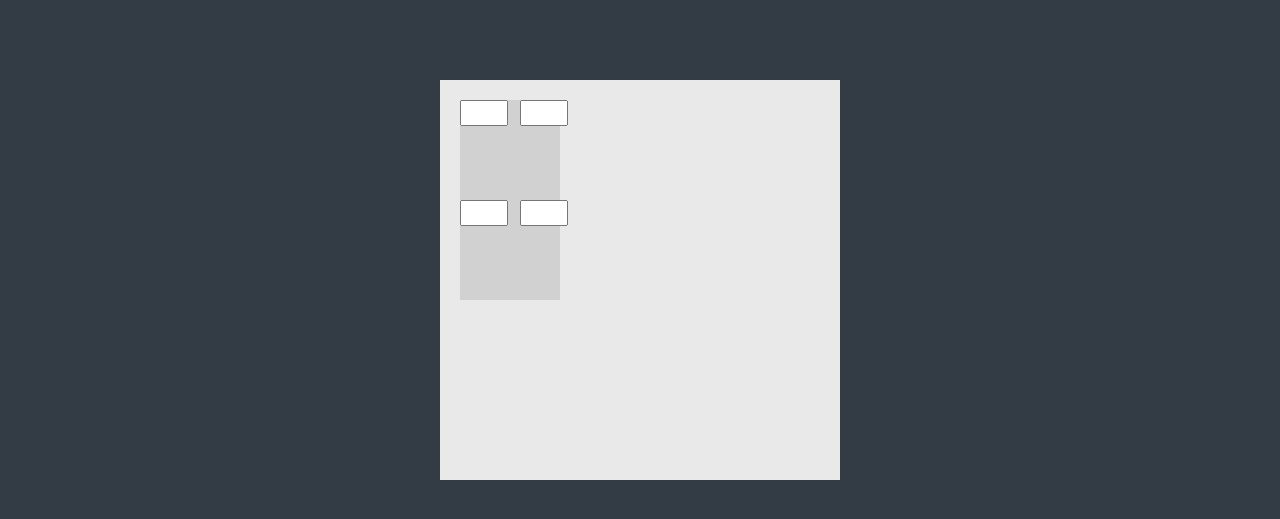
Repository: piookr-wsei/8086
Page: /
The author's editor kept a copy of each file at every save. The page is drawn from the files as they stood at one save, then again after a run of saves.
The browser window is 1280 px wide. The pictures show the whole page.
The project was rebuilt for these pictures with package versions that can differ from the ones it lists, and the page was loaded fresh each time.

Above is the page before, as saved 2022-06-17 00:05:00.

### src/App.js
import logo from './logo.svg';
import './App.css';
import { RegInput, RegWrapper, UiWindow, UiWrapper } from './Components/Components.elements';

function App() {
  return (
    <div className="App">
      <UiWindow>
        <UiWrapper>
          <RegWrapper>
            <RegInput/><RegInput/>
            <RegInput/><RegInput/>
          </RegWrapper>

        </UiWrapper>
      </UiWindow>

    </div>
  );
}

export default App;

### src/App.css
body{
  height: 100%;
  background: rgba(1, 10, 22, 0.8);
}
.App {

}

.App-logo {
  height: 40vmin;
  pointer-events: none;
}

@media (prefers-reduced-motion: no-preference) {
  .App-logo {
    animation: App-logo-spin infinite 20s linear;
  }
}

.App-header {
  background-color: #282c34;
  min-height: 100vh;
  display: flex;
  flex-direction: column;
  align-items: center;
  justify-content: center;
  font-size: calc(10px + 2vmin);
  color: white;
}

.App-link {
  color: #61dafb;
}

@keyframes App-logo-spin {
  from {
    transform: rotate(0deg);
  }
  to {
    transform: rotate(360deg);
  }
}

### src/Components/Components.elements.js
import styled from "styled-components";

export const UiWindow = styled.div`
height: 400px;
width: 400px;
background: rgb(233,233,233);
position: relative;
margin: auto;
top: 80px;
`

export const UiWrapper = styled.div`
border: 20px solid transparent;

`

export const RegWrapper = styled.div`
width: 100px;
min-height: 200px;
background: rgba(0,0,0,0.1);
position: relative;
left: 0;
display: grid;
grid-template-columns: 60px 60px;
`

export const RegInput = styled.input`
height: 20px;
width: 40px;
`

Loaded but not shown: public/index.html (common file); src/index.js (common file); src/index.css (common file); src/reportWebVitals.js (common file)

After the next 2 saves:
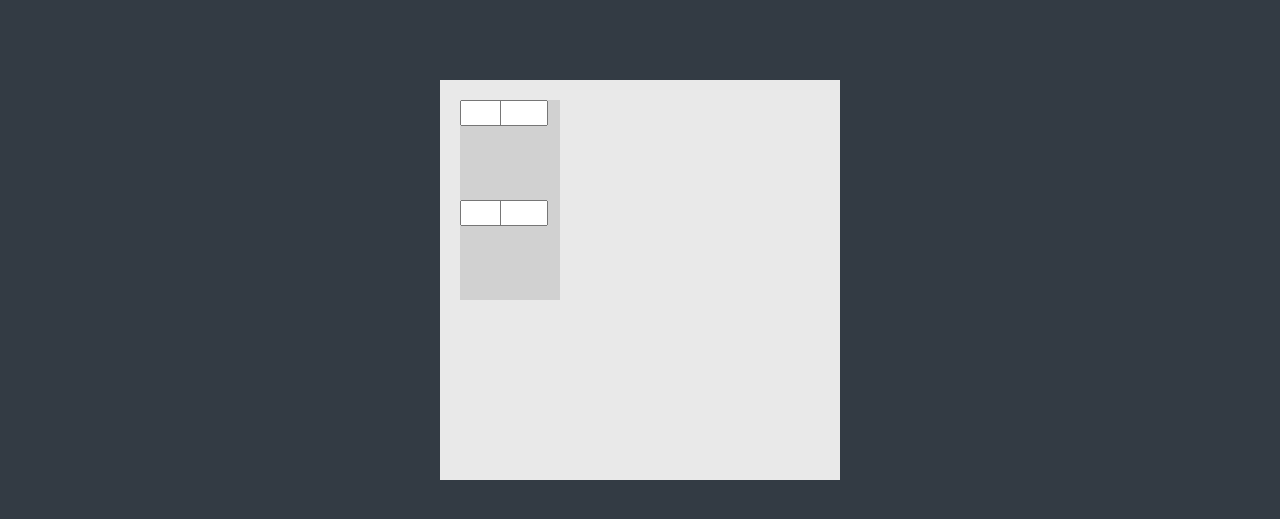
The 2 saves are shown as one change because they came seconds apart.
The last was saved 19 s later.
--- a/src/Components/Components.elements.js
+++ b/src/Components/Components.elements.js
@@ -21,7 +21,7 @@ background: rgba(0,0,0,0.1);
 position: relative;
 left: 0;
 display: grid;
-grid-template-columns: 60px 60px;
+grid-template-columns: 40px 40px;
 `
 
 export const RegInput = styled.input`
